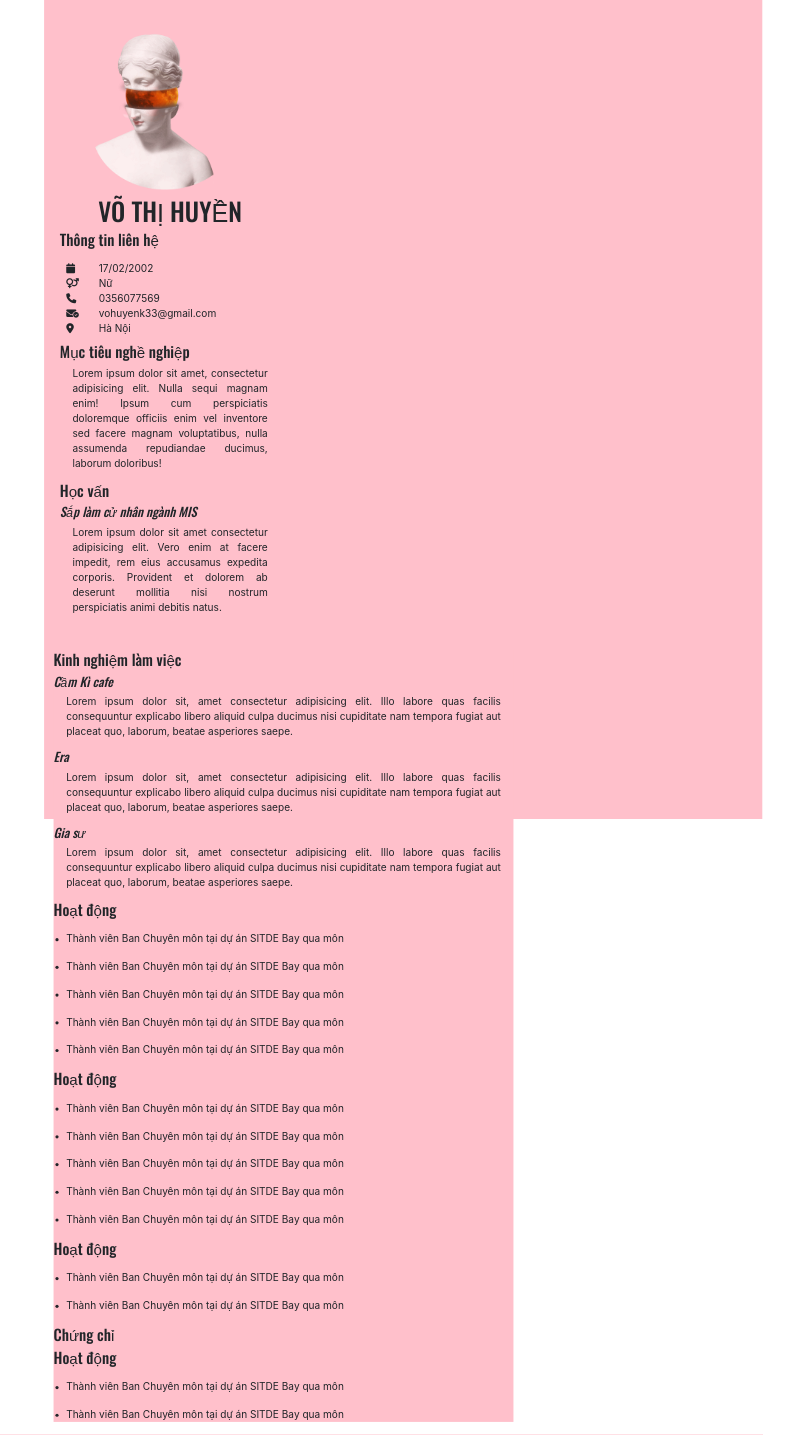
Repository: huyennvo/CSS
Page: CV/index.html
The author's editor kept a copy of each file at every save. The page is drawn from the files as they stood at one save, then again after the next save.
The browser window is 1280 px wide. The pictures show the whole page, at 63% of full size.
Some web libraries are served in a nearby version.

Above is the page before, as saved 2022-07-18 17:26:03.

### CV/index.html
<!DOCTYPE html>
<html lang="en">
<head>
    <meta charset="UTF-8">
    <meta http-equiv="X-UA-Compatible" content="IE=edge">
    <meta name="viewport" content="width=device-width, initial-scale=1.0">
    <title>CV</title>
    <link rel="stylesheet" href="./style.css">
    <link rel="stylesheet" href="https://cdn.jsdelivr.net/npm/bootstrap@4.6.1/dist/css/bootstrap.min.css" integrity="sha384-zCbKRCUGaJDkqS1kPbPd7TveP5iyJE0EjAuZQTgFLD2ylzuqKfdKlfG/eSrtxUkn" crossorigin="anonymous">
    <style>
        @import url('https://fonts.googleapis.com/css2?family=Open+Sans:ital,wght@1,500&family=Oswald:wght@500&display=swap');
    </style>
    <script src="https://kit.fontawesome.com/1b99fd25e4.js" crossorigin="anonymous"></script>
</head>
<body>
    <div class="container">
        <div class="row">
            <div class="left col-sm-4">
                <img src="./aurora101.png" class="rounded" alt="Cinque Terre">
                <h1>VÕ THỊ HUYỀN</h1>
                <h4>Thông tin liên hệ</h4>
                <div class="row">
                    <div class="left col-sm-1">

                            <i class="fa-solid fa-calendar"></i>

                            <i class="fa-solid fa-venus-mars"></i>

                            <i class="fa-solid fa-phone"></i>

                            <i class="fa-solid fa-envelope-circle-check"></i>

                            <i class="fa-solid fa-location-dot"></i>
                    </div>
                    <div class="left col-sm-3">
                            17/02/2002
                            <br>
                            Nữ
                            <br>

                            0356077569
                            <br>

                            vohuyenk33@gmail.com
                            <br>
                            Hà Nội
                    </div>

                </div>
                <h4>Mục tiêu nghề nghiệp</h4>
                <p>Lorem ipsum dolor sit amet, consectetur adipisicing elit. Nulla sequi magnam enim! Ipsum cum perspiciatis doloremque officiis enim vel inventore sed facere magnam voluptatibus, nulla assumenda repudiandae ducimus, laborum doloribus!</p>
                <h4>Học vấn</h4>
                <h5>Sắp làm cử nhân ngành MIS</h5>
                <p>Lorem ipsum dolor sit amet consectetur adipisicing elit. Vero enim at facere impedit, rem eius accusamus expedita corporis. Provident et dolorem ab deserunt mollitia nisi nostrum perspiciatis animi debitis natus.</p>
            </div>
        <div class=" col-sm-8">
        <div class="right">
            <h4>Kinh nghiệm làm việc</h4>
            <h5>Cầm Kì cafe</h5>
            <p>Lorem ipsum dolor sit, amet consectetur adipisicing elit. Illo labore quas facilis consequuntur explicabo libero aliquid culpa ducimus nisi cupiditate nam tempora fugiat aut placeat quo, laborum, beatae asperiores saepe.</p>
            <h5>Era</h5>
            <p>Lorem ipsum dolor sit, amet consectetur adipisicing elit. Illo labore quas facilis consequuntur explicabo libero aliquid culpa ducimus nisi cupiditate nam tempora fugiat aut placeat quo, laborum, beatae asperiores saepe.</p>
            <h5>Gia sư</h5>
            <p>Lorem ipsum dolor sit, amet consectetur adipisicing elit. Illo labore quas facilis consequuntur explicabo libero aliquid culpa ducimus nisi cupiditate nam tempora fugiat aut placeat quo, laborum, beatae asperiores saepe.</p>
            <h4>Hoạt động</h4>
            <ul>
                <li>Thành viên Ban Chuyên môn tại dự án SITDE Bay qua môn</li>
                <li>Thành viên Ban Chuyên môn tại dự án SITDE Bay qua môn</li>
                <li>Thành viên Ban Chuyên môn tại dự án SITDE Bay qua môn</li>
                <li>Thành viên Ban Chuyên môn tại dự án SITDE Bay qua môn</li>
                <li>Thành viên Ban Chuyên môn tại dự án SITDE Bay qua môn</li>
            </ul>
            <h4>Hoạt động</h4>
            <ul>
                <li>Thành viên Ban Chuyên môn tại dự án SITDE Bay qua môn</li>
                <li>Thành viên Ban Chuyên môn tại dự án SITDE Bay qua môn</li>
                <li>Thành viên Ban Chuyên môn tại dự án SITDE Bay qua môn</li>
                <li>Thành viên Ban Chuyên môn tại dự án SITDE Bay qua môn</li>
                <li>Thành viên Ban Chuyên môn tại dự án SITDE Bay qua môn</li>
            </ul>
            <h4>Hoạt động</h4>
            <ul>
                <li>Thành viên Ban Chuyên môn tại dự án SITDE Bay qua môn</li>
                <li>Thành viên Ban Chuyên môn tại dự án SITDE Bay qua môn</li>
            </ul>
            <h4>Chứng chỉ</h4>
            <h4>Hoạt động</h4>
            <ul>
                <li>Thành viên Ban Chuyên môn tại dự án SITDE Bay qua môn</li>
                <li>Thành viên Ban Chuyên môn tại dự án SITDE Bay qua môn</li>
            </ul>
        </div>
        </div>
    </div>
</body>
</html>

### CV/style.css
*{
    margin: 0px;
    padding: 0px;

}

.container {
    width: 500px;
    height: 1300px;
    background-color: pink;
    box-sizing: border-box;
}

img {
    display: block;
    max-width:300px;
    max-height:300px;
    width: auto;
    height: auto;
  }

h1, h4 {
    font-family: 'Open Sans', sans-serif;
    font-family: 'Oswald', sans-serif;
    text-align: center;
}

h4 {
    text-align: left;
}

h5{
    font-family: 'Open Sans', sans-serif;
    font-family: 'Oswald', sans-serif;
    font-style: italic;
}
.left {
    margin: 10px;
    border: 15px;
    border-color: black;

}

.right {
    margin-top: 30px;
    border-top: 50px;
    border-color: black;
    background-color: pink;
}

p, li {
    text-align: justify;
     margin: 20px;
}

After the next save:
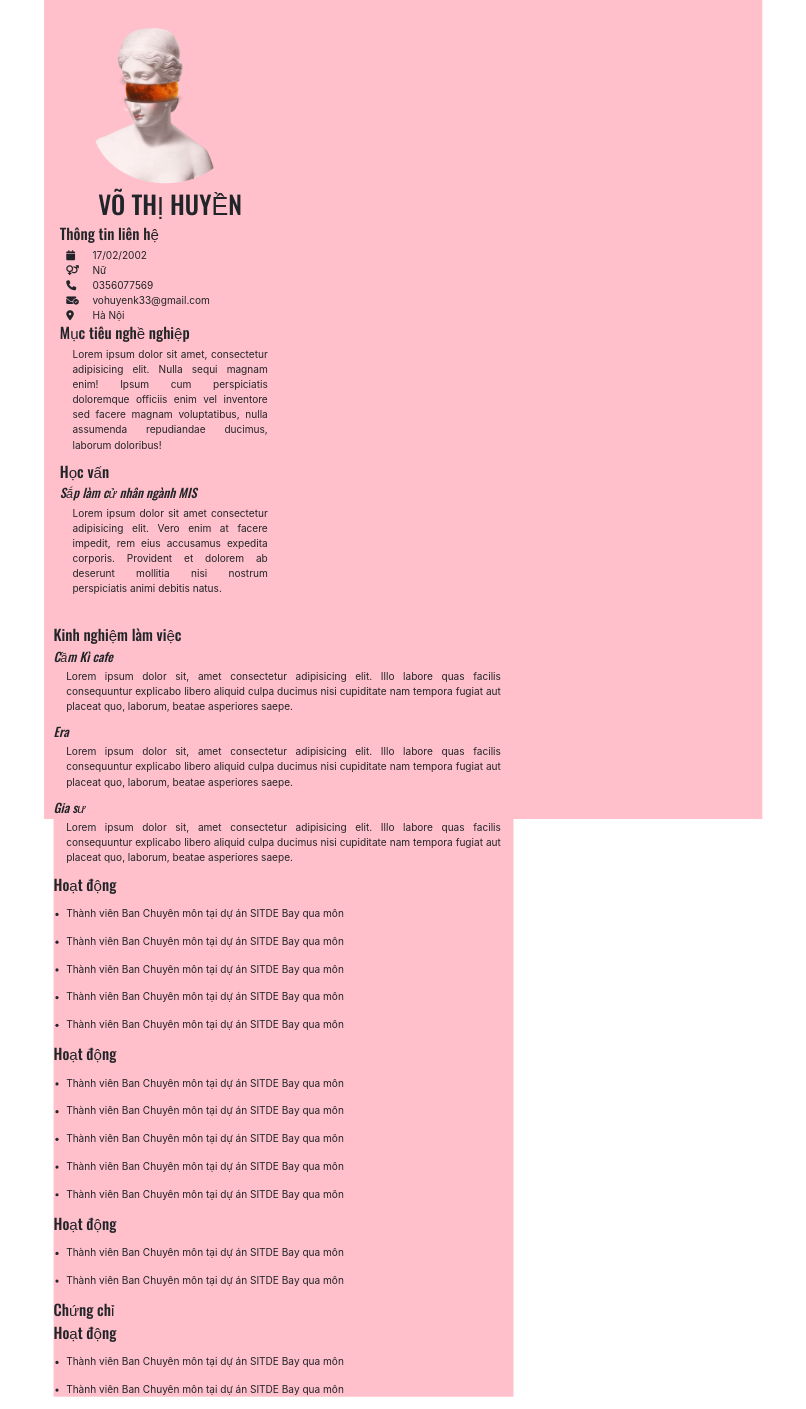
Saved 37 s later.
--- a/CV/style.css
+++ b/CV/style.css
@@ -35,7 +35,7 @@ h5{
     font-style: italic;
 }
 .left {
-    margin: 10px;
+    margin-left: 10px;
     border: 15px;
     border-color: black;
 
